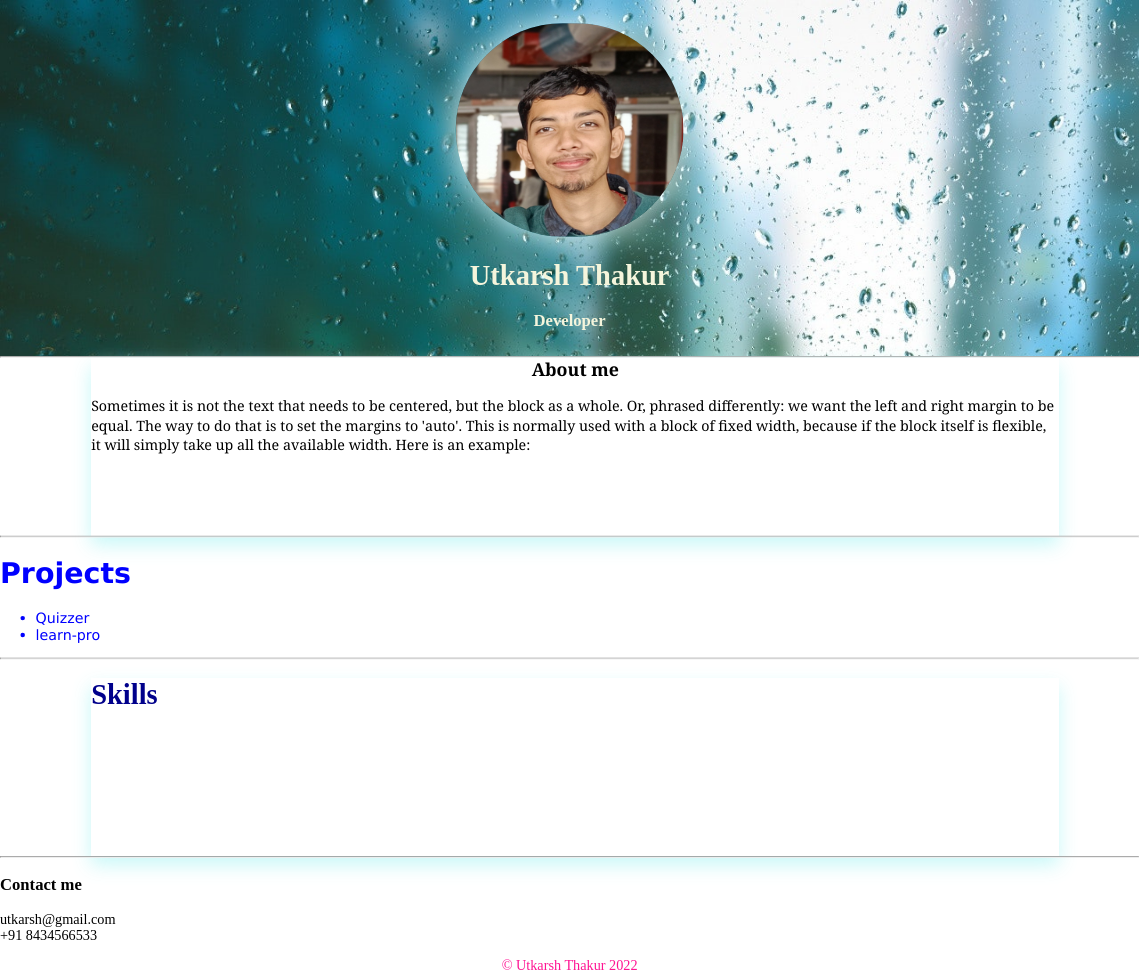
Repository: UtkarshThakur321/Utkarsh-Thakur-Profile
Page: index.html
These files come from the project's save history. The page is drawn as it stood at one moment and after the next save; the edit follows.
The browser window is 1280 px wide. The pictures show the whole page, at 89% of full size.

Above is the page before, as saved 2022-01-22 23:42:33.
Not found: main.js

### index.html
<!DOCTYPE html>
<html>
<head>
    <meta charset='utf-8'>
    <meta http-equiv='X-UA-Compatible' content='IE=edge'>
    <title>Page Title</title>
    <meta name='viewport' content='width=device-width, initial-scale=1'>
    <link rel='stylesheet' type='text/css' media='screen' href="index.css">
    <script src='main.js'></script>
</head>
<body>
    <div id="main">
    <!-- <div id="nav">
        <h1>My Resume</h1>
    </div> -->
    <center>
        <div id="intro">
            <div id="profileImage">
                 <img src="./Utkarsh_dp.jpg" alt="DP_Utkarsh__Thakur"
                 width="180" height="170">
            </div>
            <div id="profileName">
                <h1>Utkarsh Thakur</h1>
                <h3>Developer</h3>
            </div>

            <div>


             </div>
        </div>
    </center>

    <hr>

  <div id="aboutMe">
    <div id="aboutMeHeading">
        About me
    </div>
    <div id="aboutMeContent">
        <p>
            Sometimes it is not the text that needs to be centered, but the block as a whole. Or, phrased differently: we want the left and right margin to be equal. The way to do that is to set the margins to 'auto'. This is normally used with a block of fixed width, because if the block itself is flexible, it will simply take up all the available width. Here is an example:
        </p>
    </div>
  </div>


<hr>
<div id="projects">
    <h1>Projects</h1>
    <ul>
        <li>Quizzer</li>
        <li>learn-pro</li>
    </ul>
</div>
<hr>


    <div id="skills">
        <h1>Skills</h1>

    </div>

    <hr>



    <div id="footer">
        <h3>Contact me</h3>
        <p>
            utkarsh@gmail.com<br>
            +91 8434566533

        </p>
            <div id="copyright">
         &copy; Utkarsh Thakur 2022
            </div>
        </div>
    </div>



</body>
</html>

### index.css
body{
    width:100%;
    margin:0px;


}


#intro{
    background-image:url("./bg.jpg");
    height: 400px;
}


#profileImage>img{
    margin-top: 2%;
    height:240px;
    width:20%;
    border-radius: 130px;
    box-shadow: 0px 0px 40px rgb(235, 253, 253);
}
#profileName{
    color:beige;
    font-family: cursive;
}

#aboutMe{
    width:85%;
    height:200px;
    /* border:2px solid green; */
    margin-left:8%;
    box-shadow: 0px 10px 20px rgba(195, 247, 247, 0.911);
}


#aboutMeHeading{
    text-align:center;
    font-family: Georgia, 'Times New Roman', Times, serif;
    font-size:20px;
    font-weight: bold;
}
#aboutMeContent{

    font-family: Georgia, 'Times New Roman', Times, serif;
    font-size:16px;

}


#skills{
        width:85%;
        height:200px;
        /* border:2px solid green; */
        margin-left:8%;
        box-shadow: 0px 10px 20px rgba(195, 247, 247, 0.911);
}


hr{
    margin:0px;
}

#nav{
    height:50px;
    display:content;
    text-align: center;
    font-weight: 900;
    color:black;}
    /* text-align: center;
    font-family: Verdana, Geneva, Tahoma, sans-serif;
} */

#skills{
    color:darkblue;
    font-weight: 400;

}

.img{
    height:10px;
    width:10%;
}
#projects{
    font-family: Verdana, Geneva, Tahoma, sans-serif;
    color:blue;
}


/* #footer{
    text-align: center;
} */
#copyright{
    text-align: center;
    color:deeppink
}

After the next save:
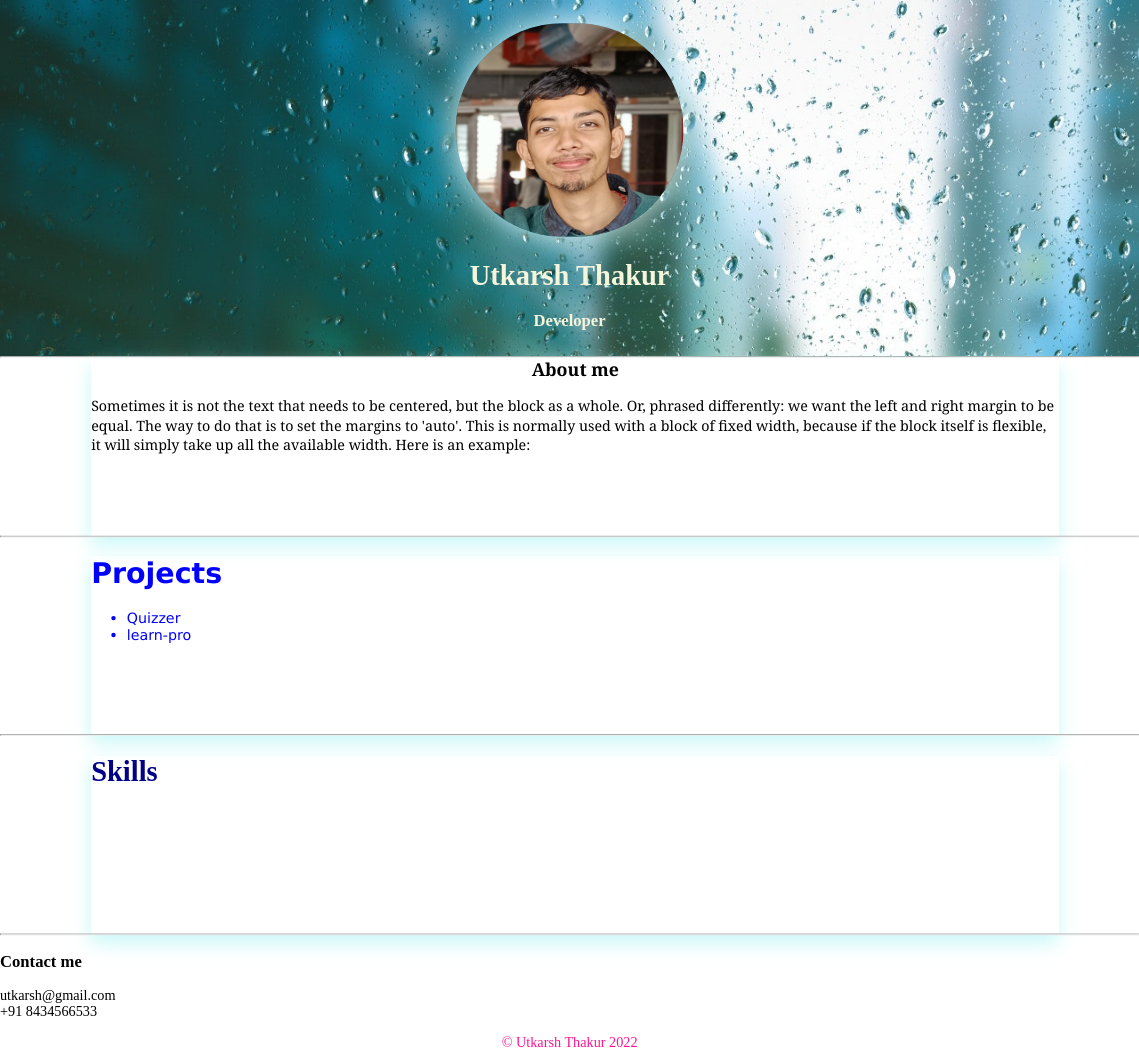
Saved 56 s later.
--- a/index.css
+++ b/index.css
@@ -46,6 +46,15 @@ body{
 
 }
 
+#projects{
+    width:85%;
+        height:200px;
+        /* border:2px solid green; */
+        margin-left:8%;
+        box-shadow: 0px 10px 20px rgba(195, 247, 247, 0.911);
+    font-family: Verdana, Geneva, Tahoma, sans-serif;
+    color:blue;
+}
 
 #skills{
         width:85%;
@@ -55,6 +64,11 @@ body{
         box-shadow: 0px 10px 20px rgba(195, 247, 247, 0.911);
 }
 
+#skills{
+    color:darkblue;
+    font-weight: 400;
+
+}
 
 hr{
     margin:0px;
@@ -70,20 +84,13 @@ hr{
     font-family: Verdana, Geneva, Tahoma, sans-serif;
 } */
 
-#skills{
-    color:darkblue;
-    font-weight: 400;
 
-}
 
 .img{
     height:10px;
     width:10%;
 }
-#projects{
-    font-family: Verdana, Geneva, Tahoma, sans-serif;
-    color:blue;
-}
+
 
 
 /* #footer{
